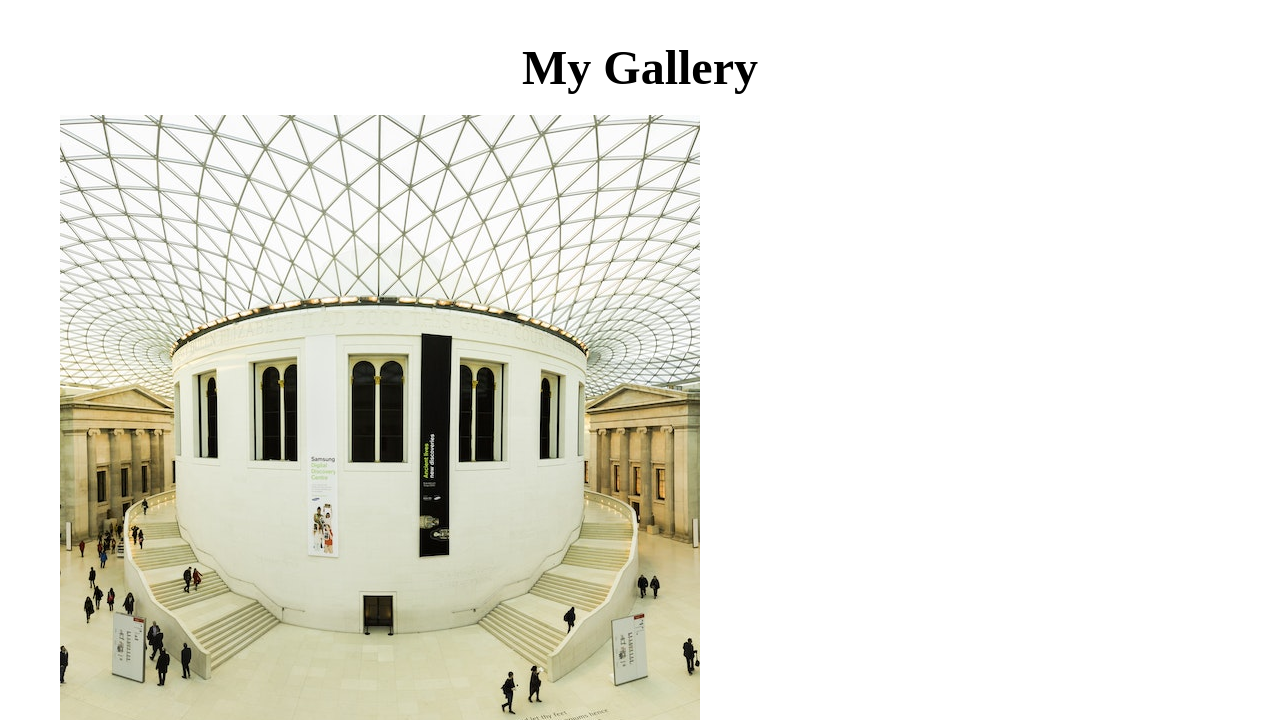
Repository: shoaib-1729/Web-Dev-Course_Dot-Batch_Love-Babbar
Page: 03_CSS Sessions Basics/05_CSS-Projects-Unwrap-Class/04_Code-Practice-unwrapClass/image-gallery-project/index.html
These files come from the project's save history. The page is drawn as it stood at one moment and after the next save; the edit follows.
The browser window is 1280 px wide. The pictures show the whole page.
An inner scrolling area shows only its first screen.

Above is the page before, as saved 2023-08-10 00:06:49.

After the next save:
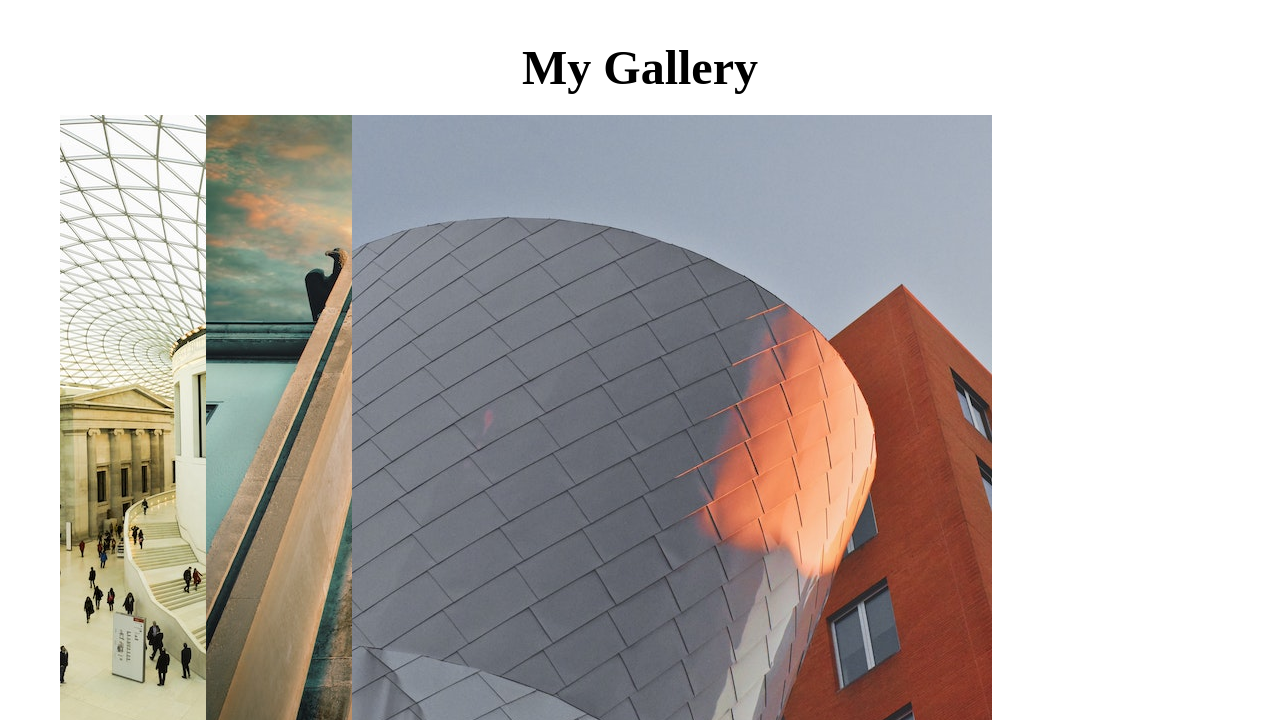
Saved 57 s later.
--- a/03_CSS Sessions Basics/05_CSS-Projects-Unwrap-Class/04_Code-Practice-unwrapClass/image-gallery-project/styles.css
+++ b/03_CSS Sessions Basics/05_CSS-Projects-Unwrap-Class/04_Code-Practice-unwrapClass/image-gallery-project/styles.css
@@ -31,11 +31,10 @@
     width: 37%;
 }
 
-
-/* .card {
+.card {
     width: 32%;
-    height: 30%;
+    /* height: 30%;
     position: relative;
     display: flex;
-    flex-wrap: wrap;
-} */
+    flex-wrap: wrap; */
+}
